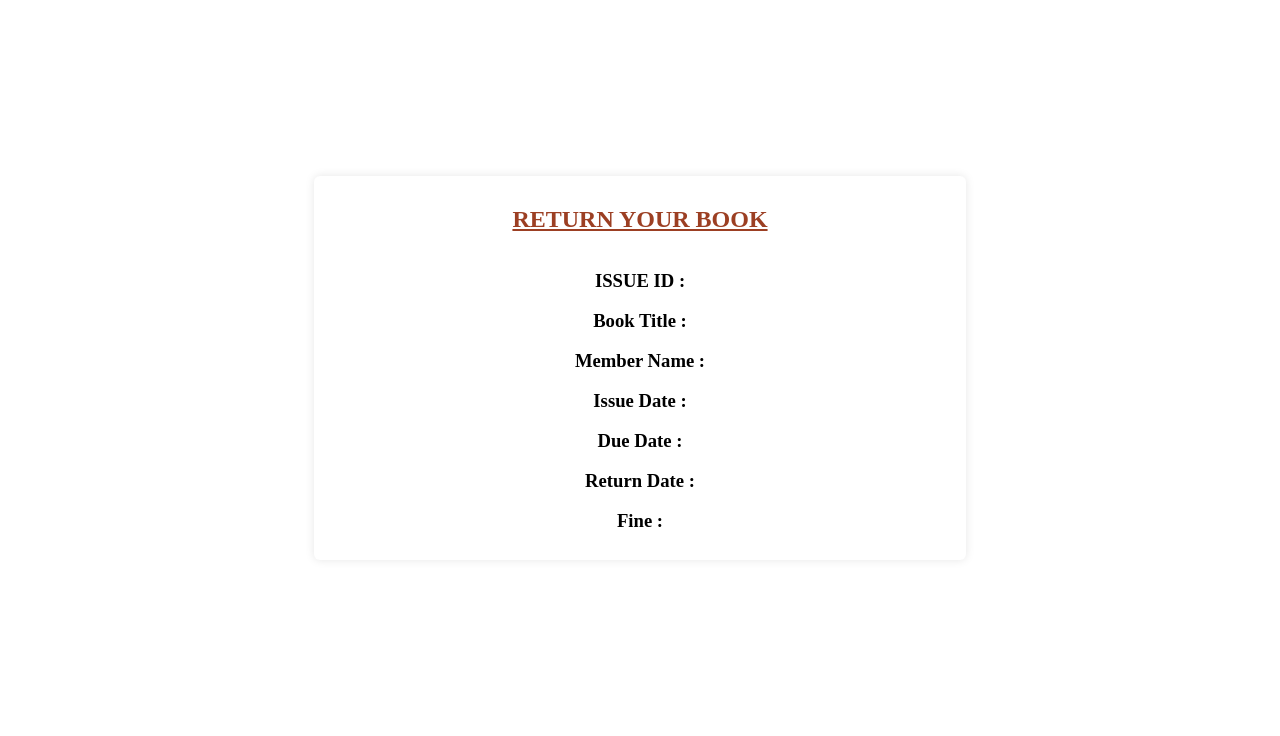
Repository: devikrishna908/RURAL-LIBRARY-MANAGEMENT
Page: http://localhost/library-management/WEB-INF/jsp/return-action.jsp
An editor plug-in stored every save of this project. The page is shown before and after the next save, followed by the edit.
The browser window is 1280 px wide. The pictures show the whole page.
The page is served by Tomcat 9. Nobody is signed in. Other server files are loaded and not shown. The template is opened directly, without the code that normally fills it, so the values that code supplies are empty.

Above is the page before, as saved 2024-05-27 13:23:50.

### library-management/src/main/webapp/WEB-INF/jsp/return-action.jsp
<%@ page language="java" contentType="text/html; charset=ISO-8859-1"
    pageEncoding="ISO-8859-1"%>
<%@ taglib prefix="form" uri="http://www.springframework.org/tags/form"%>
<%@ taglib prefix="c" uri="http://java.sun.com/jsp/jstl/core"%>

<!DOCTYPE html>
<html>
<head>
<meta charset="ISO-8859-1">
<title>Insert title here</title>
<link rel="stylesheet" href="css/success-style.css">
</head>
<body>
 <div class="container">
	<form action="/" class="info">
		<h2>RETURN YOUR BOOK</h2><br>
	    <label>ISSUE ID : <c:out value="${issueId}" /></label><br><br>
	    <label>Book Title : <c:out value="${bookTitle}" /></label><br><br>
        <label>Member Name : <c:out value="${memberName}" /></label><br><br>
        <label>Issue Date : <c:out value="${issueDate}" /></label><br><br>
        <label>Due Date : <c:out value="${dueDate}" /></label><br><br>
        <label>Return Date : <c:out value="${returnDate}" /></label><br><br>
        <label>Fine : <c:out value="${fine}" /></label><br><br>

	</form>
	</div>

</body>
</html>

### library-management/src/main/resources/static/css/success-style.css

input[type="button"].close {
	background-color: rgb(187, 74, 36); /* Red background for the "CANCEL" button */
	color: white;
	height: 40px;
	padding: 8px 20px;
	font-size: 12pt;
	border: none;
	margin-top: 30px;
	font-family: 'Times New Roman', Times, serif;
	font-weight: bold;
	cursor: pointer;
	margin-bottom: 30px;
	border-radius: 5px;
}
.info {
    width: 50%; /* Adjust the width of the container as needed */
    background-color: rgb(255, 255, 255);
    border-radius: 6px; /* Add rounded corners to the container */
    box-shadow: 0 0 10px rgba(0, 0, 0, 0.1);
    padding: 10px;
    text-align: center;
    }
.container {
        display: flex;
        justify-content: center;
        align-items: center;
        height: 100vh;
    }

label{
	font-family:'Times New Roman', Times, serif ;
	font-size: 14pt;
	font-weight: bold;

}
h1 {
    margin-top: 60px;
    text-align: left;
    color: rgb(201, 64, 61);
}

h2 {
	text-align: center;
    font-family: serif;
    text-decoration: underline;
    color: rgb(156, 63, 35);
}

After the next save:
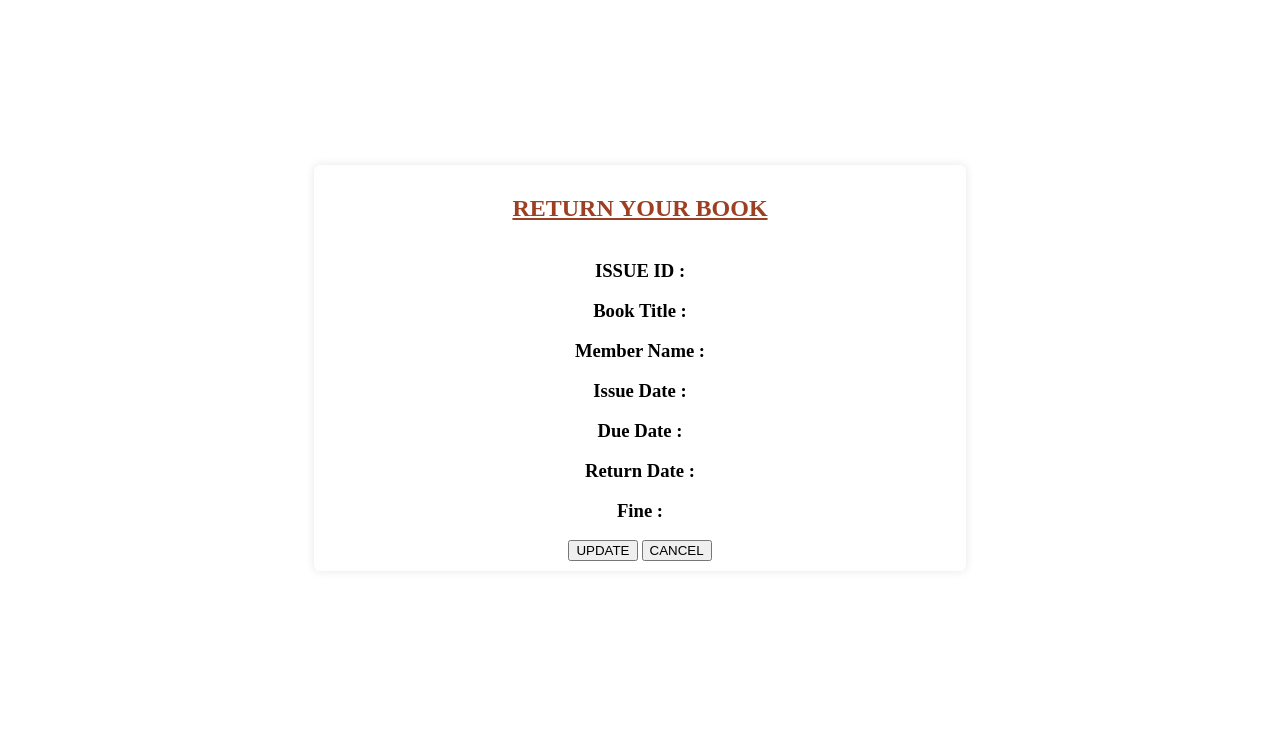
Saved 47 s later.
--- a/library-management/src/main/webapp/WEB-INF/jsp/return-action.jsp
+++ b/library-management/src/main/webapp/WEB-INF/jsp/return-action.jsp
@@ -22,6 +22,11 @@
         <label>Return Date : <c:out value="${returnDate}" /></label><br><br>
         <label>Fine : <c:out value="${fine}" /></label><br><br>
 
+        <div class="input-button">
+             <input type="submit" value="UPDATE" class="insert">
+             <input type="button" value="CANCEL" class="cancel" onclick="cancelAction()"> <br>
+        </div>
+
 	</form>
 	</div>
 
